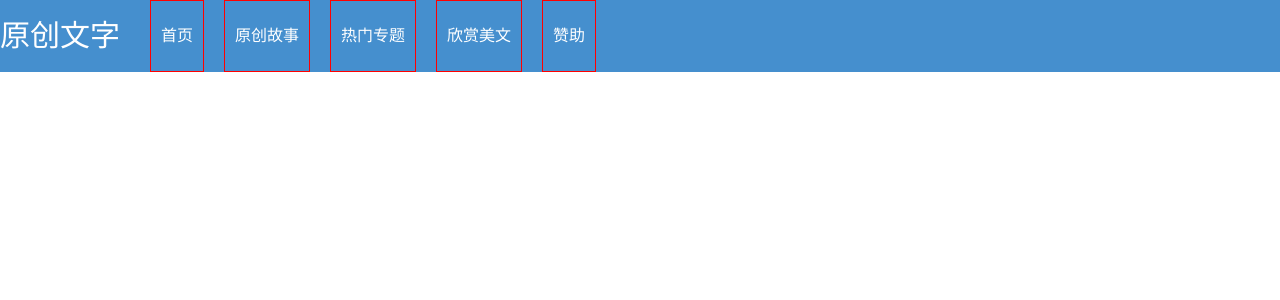
Repository: equation-zheng/Article
Page: http://localhost/Idles/
These files come from the project's save history. The page is drawn as it stood at one moment and after the next save; the edit follows.
The browser window is 1280 px wide. The pictures show the whole page.
The page is served by Tomcat 9.

Above is the page before, as saved 2017-12-05 09:07:19.

After the next save:
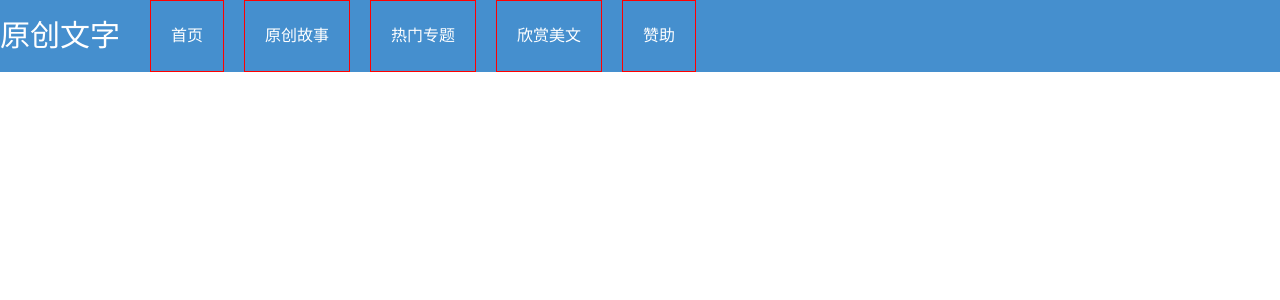
Saved 24 s later.
--- a/Service/apache-tomcat-7.0.82/Idles/WebContent/index.jsp
+++ b/Service/apache-tomcat-7.0.82/Idles/WebContent/index.jsp
@@ -37,7 +37,7 @@
 		float: left;
 		line-height: 70px;
 		margin-left: 20px;
-		padding: 0 10px 0 10px;
+		padding: 0 20px 0 20px;
 		color: #fff;
 	}
 
